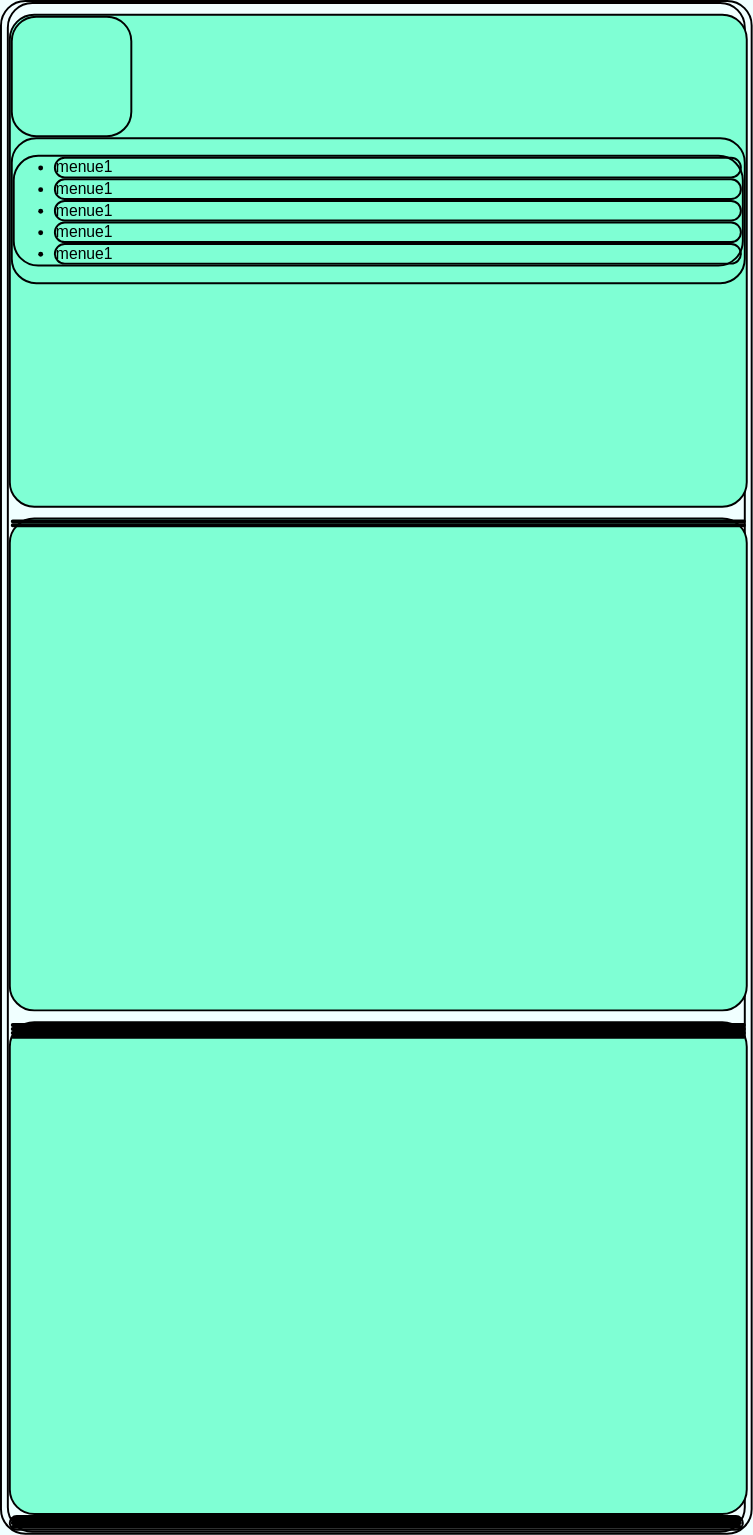
Repository: clairedupuich/cv-claireDUPUICH
Page: cv.html
An editor plug-in stored every save of this project. The page is shown before and after the next save, followed by the edit.
The browser window is 768 px wide. The pictures show the whole page, at 98% of full size.

Above is the page before, as saved 2020-10-08 12:33:40.

After the next save:
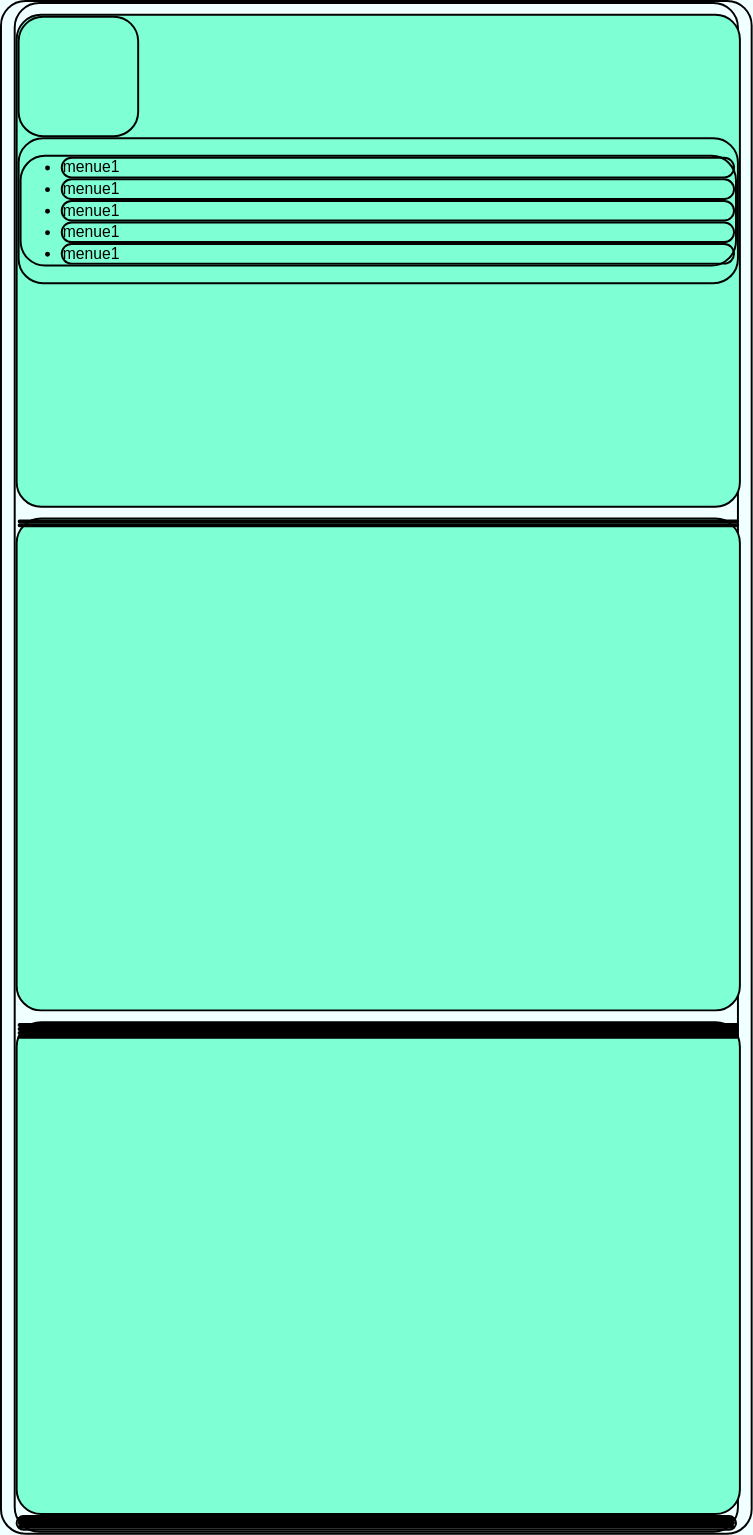
Saved 41 s later.
--- a/cv.css
+++ b/cv.css
@@ -10,7 +10,8 @@
 
     body {
         background-color: azure;
-        margin: 0 5px;
+        margin: 0 12px;
+
     }
     section {
         margin-top: 10px;
